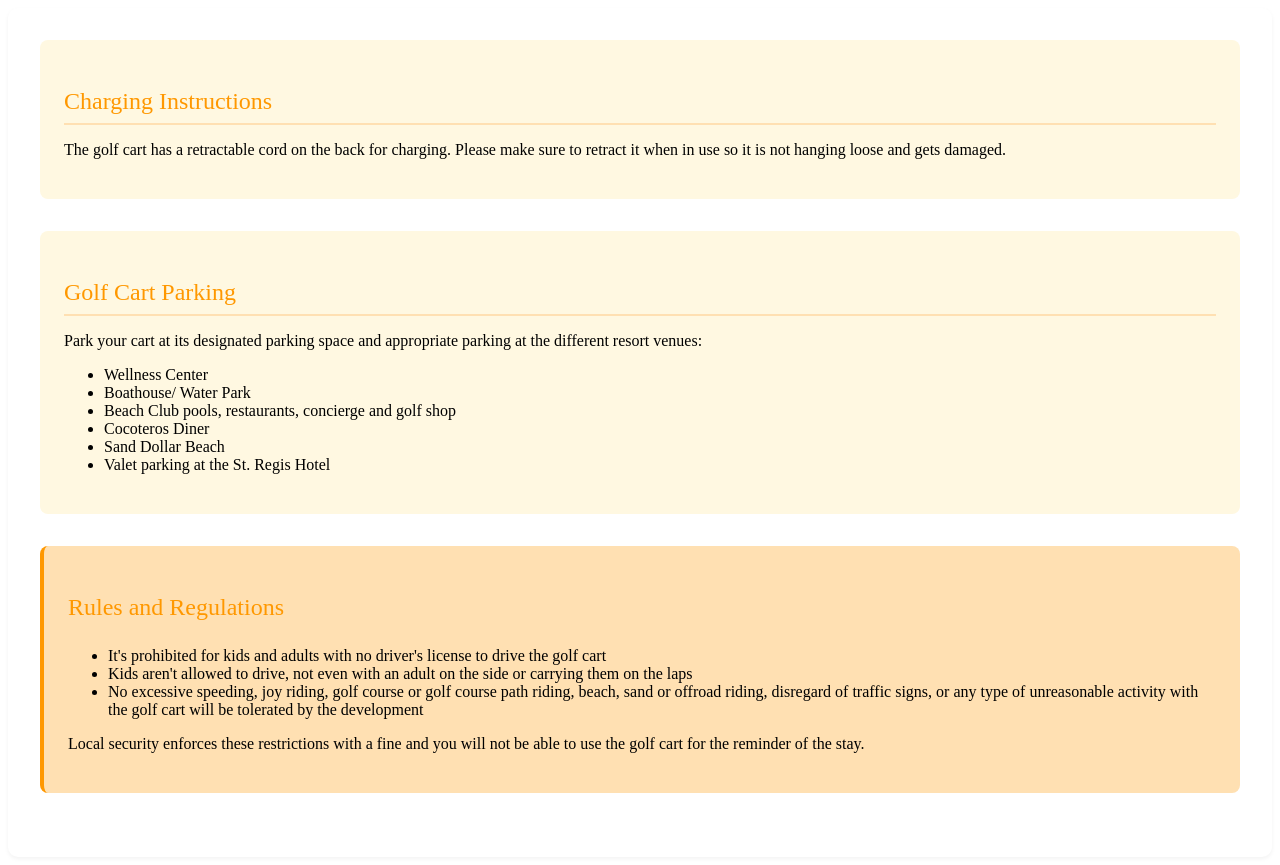
Repository: chvg1968/luxephonebook
Page: public/pages/golfcart.html
These files come from the project's save history. The page is drawn as it stood at one moment and after the next save; the edit follows.
The browser window is 1280 px wide. The pictures show the whole page.

Above is the page before, as saved 2025-01-26 15:56:25.

After the next save:
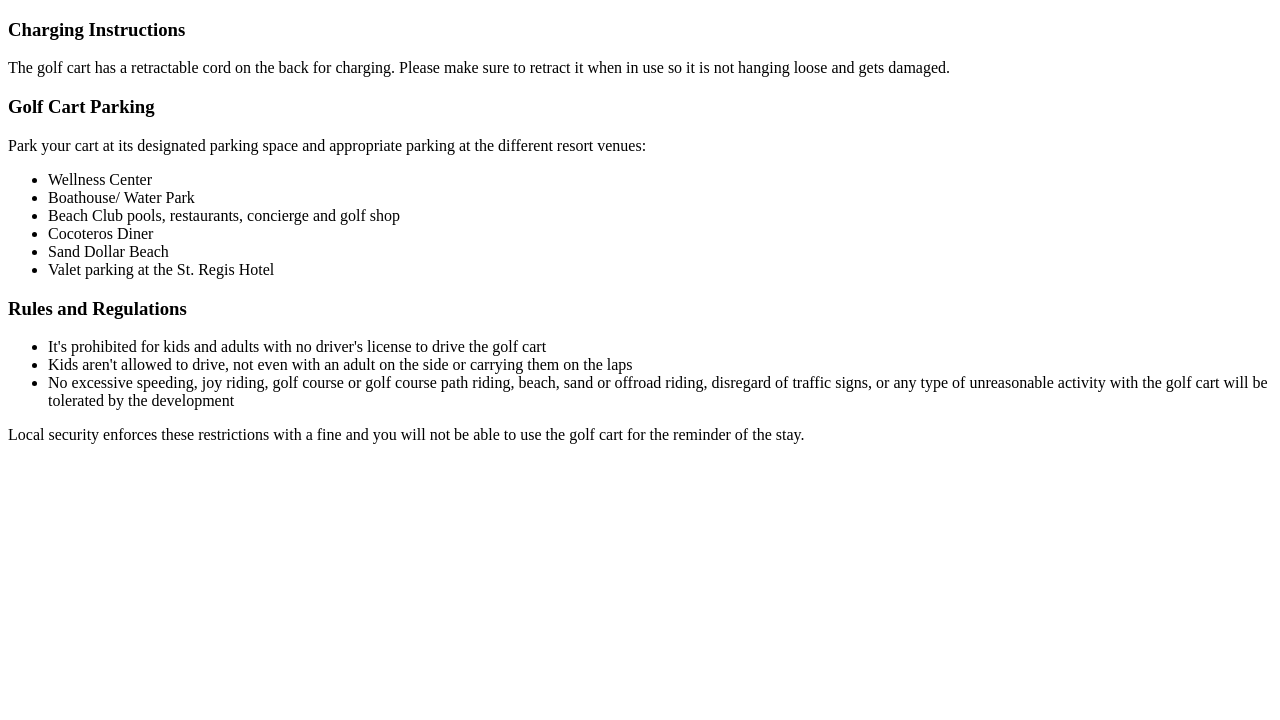
Saved 2 min 37 s later.
--- a/public/pages/golfcart.html
+++ b/public/pages/golfcart.html
@@ -4,7 +4,6 @@
         <meta charset="UTF-8">
         <meta name="viewport" content="width=device-width, initial-scale=1.0">
         <title>Golf Rates</title>
-        <link rel="stylesheet" href="/public/assets/styles/components/tortuga.css">
     </head>
 <body>
     <div class="property-content">
